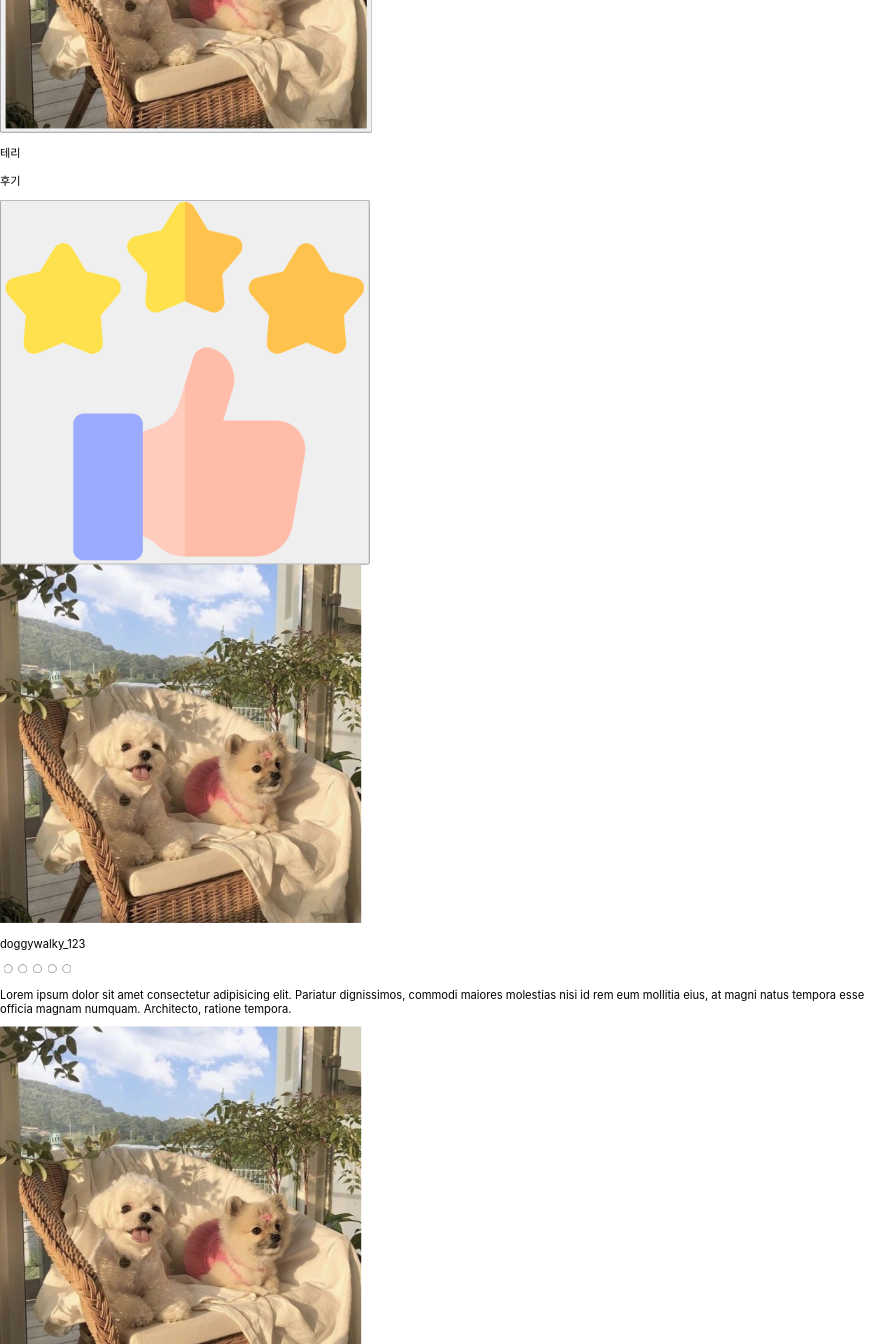
Repository: DoggyWalky/DoggyWalkyFront
Page: /Profile
These files come from the project's save history. The page is drawn as it stood at one moment and after the next save; the edit follows.
The browser window is 1280 px wide. The pictures show the part of the page from y = 3668 to 5588 px (the page is 8316 px tall before and 8352 px after), at 70% of full size.
The project was rebuilt for these pictures with package versions that can differ from the ones it lists, and the page was loaded fresh each time. Also part of the build but not shown: webpack.config.js, src/pages/NotFound.jsx, src/hooks/useScrollFadeIn.jsx, src/hooks/useScrollClipPath.jsx, src/hooks/useScrollCount.jsx, src/components/Introduce.jsx, src/components/Banner.jsx, src/pages/Home.jsx and 10 more.

Above is the page before, as saved 2024-02-26 22:33:47.

### public/index.html
<!DOCTYPE html>
<html lang="en">
  <head>
    <meta charset="utf-8" />
    <link rel="icon" href="%PUBLIC_URL%/favicon.ico" />
    <meta name="viewport" content="width=device-width, initial-scale=1" />
    <meta name="theme-color" content="#000000" />
    <meta
      name="description"
      content="Web site created using create-react-app"
    />
    <link rel="apple-touch-icon" href="%PUBLIC_URL%/logo192.png" />
    <!--
      manifest.json provides metadata used when your web app is installed on a
      user's mobile device or desktop. See https://developers.google.com/web/fundamentals/web-app-manifest/
    -->
    <link rel="manifest" href="%PUBLIC_URL%/manifest.json" />
    <!--
      Notice the use of %PUBLIC_URL% in the tags above.
      It will be replaced with the URL of the `public` folder during the build.
      Only files inside the `public` folder can be referenced from the HTML.

      Unlike "/favicon.ico" or "favicon.ico", "%PUBLIC_URL%/favicon.ico" will
      work correctly both with client-side routing and a non-root public URL.
      Learn how to configure a non-root public URL by running `npm run build`.
    -->
    <title>DoggyWalky</title>
  </head>
  <body>
    <noscript>You need to enable JavaScript to run this app.</noscript>
    <div id="root"></div>
    <script
      type="text/javascript"
      src="https://static.nid.naver.com/js/naveridlogin_js_sdk_2.0.0.js"
      charset="utf-8"
    ></script>
    <!--
      This HTML file is a template.
      If you open it directly in the browser, you will see an empty page.

      You can add webfonts, meta tags, or analytics to this file.
      The build step will place the bundled scripts into the <body> tag.

      To begin the development, run `npm start` or `yarn start`.
      To create a production bundle, use `npm run build` or `yarn build`.
    -->
  </body>
</html>

### src/index.js
import React from 'react';
import ReactDOM from 'react-dom/client';
import './index.css';
import reportWebVitals from './reportWebVitals';
import { RouterProvider, createBrowserRouter } from 'react-router-dom';
import App from './App';
import NotFound from './pages/NotFound';
import Home from './pages/Home';
import NewPost from './pages/NewPost';
import AllPosts from './pages/AllPosts';
import PostDetail from './pages/PostDetail';
import Profile from './pages/Profile';
import ModifyPost from './pages/ModifyPost';
import Chat from './pages/Chat';

const router = createBrowserRouter([
  {
    path: '/',
    element: <App />,
    errorElement: <NotFound />,
    children: [
      { index: true, path: '/', element: <Home /> },
      { path: '/Posts', element: <AllPosts /> },
      { path: '/Posts/new', element: <NewPost /> },
      { path: '/Posts/id', element: <PostDetail /> },

      { path: '/Profile', element: <Profile /> },
      { path: '/ModifyPost', element: <ModifyPost /> },
    ],
  },
  { path: '/chat', element: <Chat /> },
]);

const root = ReactDOM.createRoot(document.getElementById('root'));
root.render(
  <React.StrictMode>
    <RouterProvider router={router} />
  </React.StrictMode>
);

reportWebVitals();

### src/App.js
import Footer from './components/Footer';
import Navbar from './components/Navbar';
import Fab from './components/Fab';
import { Outlet } from 'react-router-dom';

function App() {
  return (
    <>
      <Navbar />
      <Outlet />
      <Footer />
      <Fab />
    </>
  );
}

export default App;

### src/pages/Profile.jsx
import React from 'react';
import MemberProfile from '../components/MemberProfile';
import Review from '../components/Review';

function ReviewInputButton() {
  const openNewWindow = () => {
    window.open('/ReviewInput', '_blank', 'width=400,height=600');
  };

  return (
    <>
      <div className='mt-28 w-3/4 m-auto'>
        <div className=' '>
          <MemberProfile />
        </div>
        <div id='section2' className='m-auto border-t-4 border-brand '>
          <div className='flex items-center justify-center mt-44 mb-12'>
            <p className='font-bold text-4xl text-center   m-auto'>후기</p>
            <button>
              <img
                src='images/review.png '
                alt='review'
                className='w-12 '
                onClick={openNewWindow}
              />
            </button>
          </div>

          <div class='snap-x ... flex mb-48 overflow-x-auto'>
            <div class='snap-center ...'>{<Review />}</div>
            <div class='snap-center ...'>{<Review />}</div>
            <div class='snap-center ...'>{<Review />}</div>
            <div class='snap-center ...'>{<Review />}</div>
            <div class='snap-center ...'>{<Review />}</div>
          </div>
        </div>
      </div>
    </>
  );
}

export default ReviewInputButton;

### src/components/Footer.jsx
import React from 'react';
import { FaGithub } from 'react-icons/fa';

export default function Footer() {
  return (
    <div className='relative left-1/2 transform -translate-x-1/2 w-screen bg-blue h-48 text-center  '>
      <div className='w-full h-full grid justify-center items-center'>
        <div className=' flex text-white font-bold text-xl'>
          <FaGithub className='text-2xl mr-2' />
          <a
            href='https://github.com/DoggyWalky'
            target='_blank'
            rel='noopener noreferrer'
            className='hover:underline hover:text-lightYellow1'
          >
            https://github.com/DoggyWalky
          </a>
        </div>
      </div>
    </div>
  );
}

### src/components/Navbar.jsx
import React, { useCallback, useEffect, useState } from 'react';
import { Link, useLocation } from 'react-router-dom';
import { HiPencilSquare } from 'react-icons/hi2';
import Button from './ui/Button';

export default function Navbar() {
  const [isScroll, setIsScroll] = useState(false);
  const [isHome, setIsHome] = useState(true);
  const location = useLocation();

  const handleScroll = useCallback(() => {
    if (window.scrollY > 0) {
      setIsScroll(true);
    }
    if (window.scrollY === 0) {
      setIsScroll(false);
    }
  }, []);

  useEffect(() => {
    window.addEventListener('mousewheel', handleScroll);
    return () => {
      window.removeEventListener('mousewheel', handleScroll);
    };
  }, [handleScroll]);

  useEffect(() => {
    setIsHome(location.pathname === '/');
  }, [location.pathname]);

  return (
    <div
      className={`fixed z-50 top-0 w-full left-0 transition-all duration-200 ease-in-out bg-opacity-0 h-100  ${
        isScroll ? 'shadow-md bg-white bg-opacity-100  ' : ''
      }
      ${isHome ? 'text-white' : 'text-text'}`}
    >
      <header
        className={`flex max-w-screen-xl mx-auto justify-between align-center pt-4 pb-3 h-full  ${
          isScroll ? 'text-text ' : ''
        }`}
      >
        <Link to='/'>
          <div className='w-56'>
            <img className='w-full' src='images/logo.png' alt='logo' />
          </div>
        </Link>
        <nav className='flex items-center gap-4 font-semibold'>
          <Link to='/Posts' className='text-lg'>
            Post
          </Link>
          <Link to='/Posts/new' className='text-2xl'>
            <HiPencilSquare />
          </Link>
          <Link to='/Login' className='text-lg'>
            Login
          </Link>
          <Link to='/ModifyPost' className='text-lg'>
            <Button text={'Resister'} />
          </Link>
        </nav>
      </header>
    </div>
  );
}

### src/components/Fab.jsx
import React from 'react';

function FloatingButton() {
  const openNewWindow = () => {
    window.open('/chat', '_blank', 'width=600,height=600');
  };

  return (
    <div className='relative'>
      <div className='fixed bottom-10 right-10 w-24 '>
        <button
          className='bg-lightYellow rounded-full p-3 '
          onClick={openNewWindow}
        >
          <img
            className='hover:scale-150 duration-300 w-full'
            src='images/dogsfab.png'
            alt='fab'
          />
        </button>
      </div>
    </div>
  );
}

export default FloatingButton;

### src/components/ui/Button.jsx
import React from 'react';

export default function Button({ text, onClick }) {
  return (
    <button className='btn btn-outline btn-accent' onClick={onClick}>
      {text}
    </button>
  );
}

### src/components/MemberProfile.jsx
import React from 'react';
import Petcard from './Petcard';

const scrollToSection = (id) => {
  const element = document.getElementById(id);
  if (element) {
    element.scrollIntoView({ behavior: 'smooth' });
  }
};

export default function MemberProfile() {
  return (
    <div>
      <div className=' p-4 pt-3 mb-16 items-center  bg-gray-200 rounded-3xl'>
        <div className='mx-auto '>
          <img
            className='rounded-full w-64 mx-auto '
            src='images/pet.jpg'
            alt='Pet'
          />
        </div>
        <div className='  text-center   text-lg  p-4 mb-7'>
          <div className='flex items-baseline justify-center'>
            <p className='text-2xl font-extrabold mb-5'>아 시츄키울껄</p>
            <p className='font-bold'>님</p>
          </div>
          <p>
            안녕하세요. 테리와 라이어의 주인입니다! 저도 애견인으로써 산책
            걱정이 이만저만이 아닐 때가 많다는 거 공감합니다. 저희 아이들도
            활동량이 장난이 아니라 저도 자연스레 체력이 늘어나더라구요. 그런
            점에서 대형견들 산책을 수월하게 시킬 수 있지 않나 생각합니다. 많은
            관심 부탁드려요~!
          </p>
        </div>
      </div>

      <div className=' relative flex -top-24   z-10 w-2/5 h-12 items-center mx-auto  shadow-2xl text-lg bg-white rounded-lg'>
        <button
          className=' w-1/2 text-center  font-bold  hover:text-brand hover:scale-150'
          onClick={() => scrollToSection('section1')}
        >
          등록된 강아지
        </button>
        <div className='  divider  divider-horizontal h-10 pt-2 '></div>
        <button
          className=' w-1/2  text-center font-bold  hover:text-brand hover:scale-150'
          onClick={() => scrollToSection('section2')}
        >
          후기
        </button>
      </div>

      <div
        id='section1'
        className='pt-28 pb-56 w-screen bg-slate-100  mx-auto -translate-x-80'
      >
        <div className=' '>
          <p className='font-bold text-4xl text-center mb-24 '>등록된 강아지</p>
          <div class='snap-x ... flex mb-10 p-10 mx-80  bg-slate-200 rounded-2xl overflow-x-auto'>
            <div class='snap-center ...'>{<Petcard />}</div>
            <div class='snap-center ...'>{<Petcard />}</div>
            <div class='snap-center ...'>{<Petcard />}</div>
            <div class='snap-center ...'>{<Petcard />}</div>
            <div class='snap-center ...'>{<Petcard />}</div>
          </div>
        </div>
      </div>
    </div>
  );
}

### src/components/Review.jsx
import React from 'react';

export default function Review() {
  return (
    <div className='py-4  bg-gray-100 rounded-3xl mb-5 mr-8 min-w-96 p-5'>
      <div>
        <section className=''>
          <dev className='flex items-center  mb-3 '>
            <img
              className='rounded-full w-14 mr-4'
              src='images/pet.jpg'
              alt='Pet'
            />
            <p className='font-bold '>doggywalky_123</p>
            <div className='rating flex ml-auto mr- '>
              <input
                type='radio'
                name='rating-4'
                className='mask mask-star-2 bg-brand'
              />
              <input
                type='radio'
                name='rating-4'
                className='mask mask-star-2 bg-brand'
                checked
              />
              <input
                type='radio'
                name='rating-4'
                className='mask mask-star-2 bg-brand'
              />
              <input
                type='radio'
                name='rating-4'
                className='mask mask-star-2 bg-brand'
              />
              <input
                type='radio'
                name='rating-4'
                className='mask mask-star-2 bg-brand'
              />
            </div>
          </dev>
          <p>
            Lorem ipsum dolor sit amet consectetur adipisicing elit. Pariatur
            dignissimos, commodi maiores molestias nisi id rem eum mollitia
            eius, at magni natus tempora esse officia magnam numquam.
            Architecto, ratione tempora.
          </p>
        </section>
      </div>
    </div>
  );
}

### src/components/Petcard.jsx
import React, { useState } from 'react';
import PetcardDetail from './PetcardDetail';

function Petcard() {
  const [isPetCardOpen, setIsPetCardOpen] = useState(false);

  return (
    <div className='min-w-80'>
      <div className='flex items-center '>
        <button onClick={() => setIsPetCardOpen(!isPetCardOpen)}>
          <img
            className='rounded-md w-28 h-28 mr-4'
            src='images/pet.jpg'
            alt='Pet'
          />
        </button>
        <p>테리</p>
      </div>

      {isPetCardOpen && (
        <div className='fixed z-50 inset-0 flex items-center justify-center bg-gray-500 bg-opacity-50'>
          <div className=' bg-lightYellow rounded-2xl'>
            <button
              className='flex mt-2  text-black font-bold px-4 rounded ml-auto mr-2'
              onClick={() => setIsPetCardOpen(false)}
            >
              X
            </button>
            <PetcardDetail />
          </div>
        </div>
      )}
    </div>
  );
}

export default Petcard;

Loaded but not shown: src/index.css (common file); src/reportWebVitals.js (common file)

After the next save:
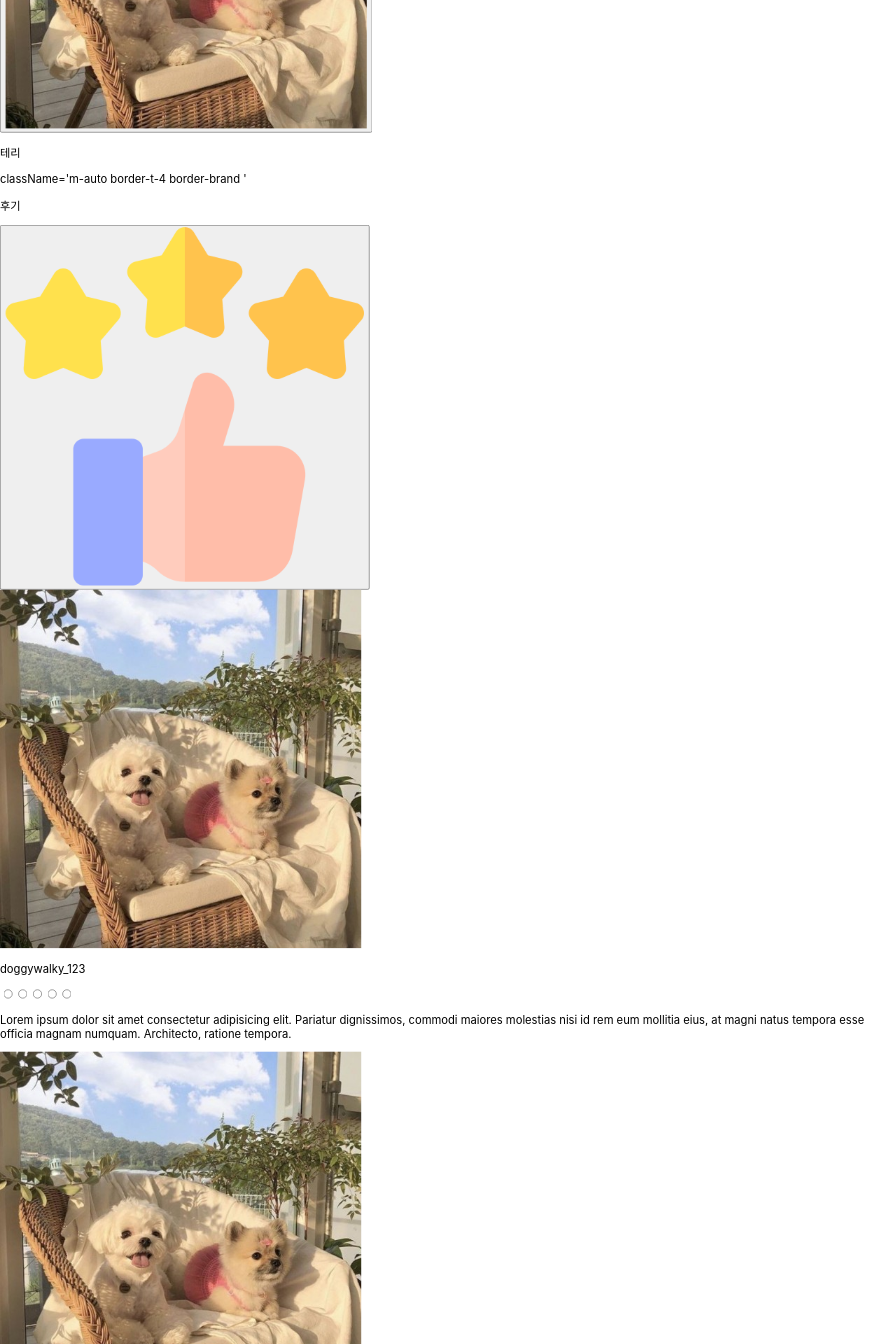
Saved 12 s later.
--- a/src/pages/Profile.jsx
+++ b/src/pages/Profile.jsx
@@ -13,7 +13,8 @@
         <div className=' '>
           <MemberProfile />
         </div>
-        <div id='section2' className='m-auto border-t-4 border-brand '>
+        <div id='section2'>
+          className='m-auto border-t-4 border-brand '
           <div className='flex items-center justify-center mt-44 mb-12'>
             <p className='font-bold text-4xl text-center   m-auto'>후기</p>
             <button>
@@ -25,7 +26,6 @@
               />
             </button>
           </div>
-
           <div class='snap-x ... flex mb-48 overflow-x-auto'>
             <div class='snap-center ...'>{<Review />}</div>
             <div class='snap-center ...'>{<Review />}</div>

After the save that followed:
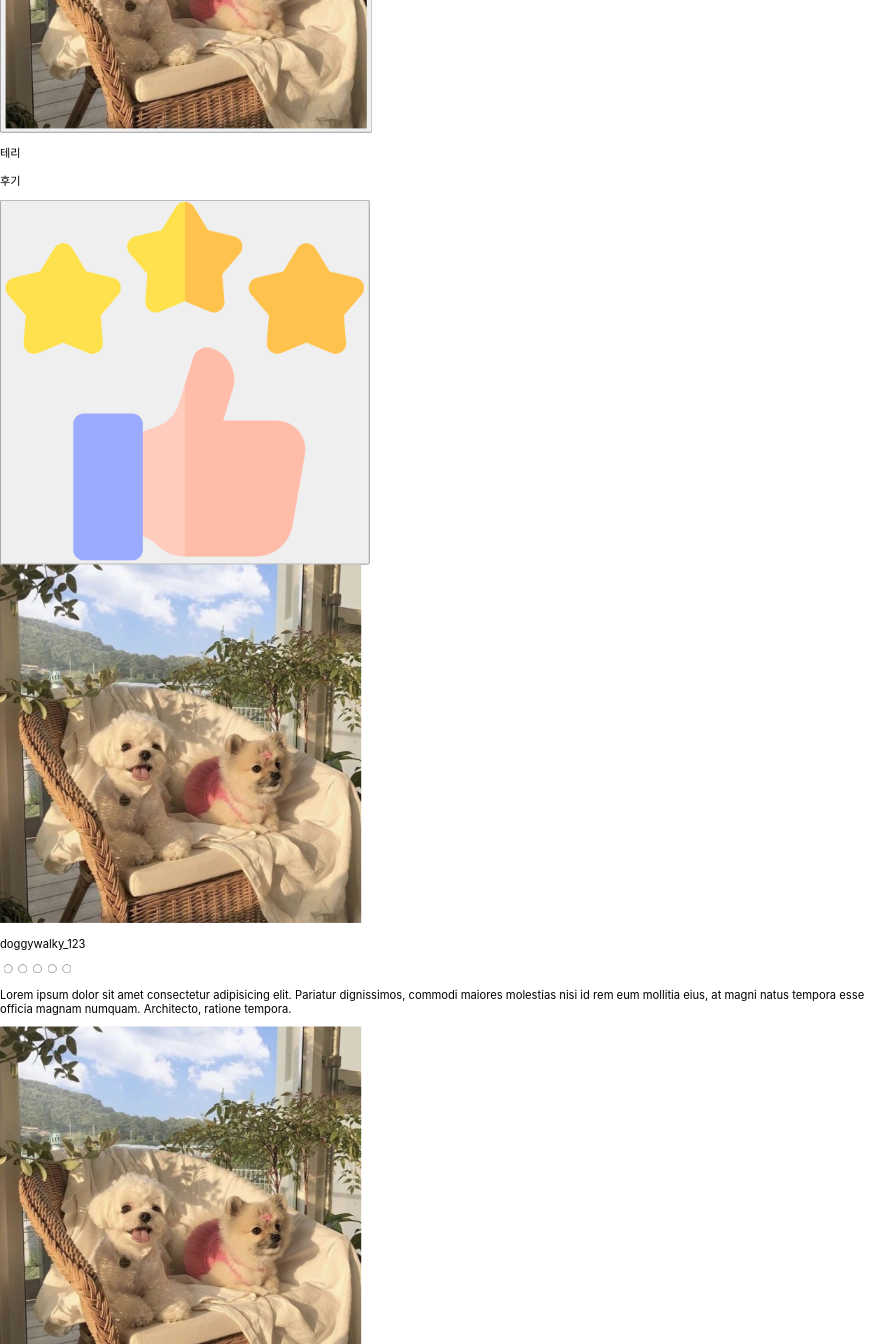
Saved 13 s later.
--- a/src/pages/Profile.jsx
+++ b/src/pages/Profile.jsx
@@ -14,7 +14,7 @@
           <MemberProfile />
         </div>
         <div id='section2'>
-          className='m-auto border-t-4 border-brand '
+          {/* className='m-auto border-t-4 border-brand ' */}
           <div className='flex items-center justify-center mt-44 mb-12'>
             <p className='font-bold text-4xl text-center   m-auto'>후기</p>
             <button>
